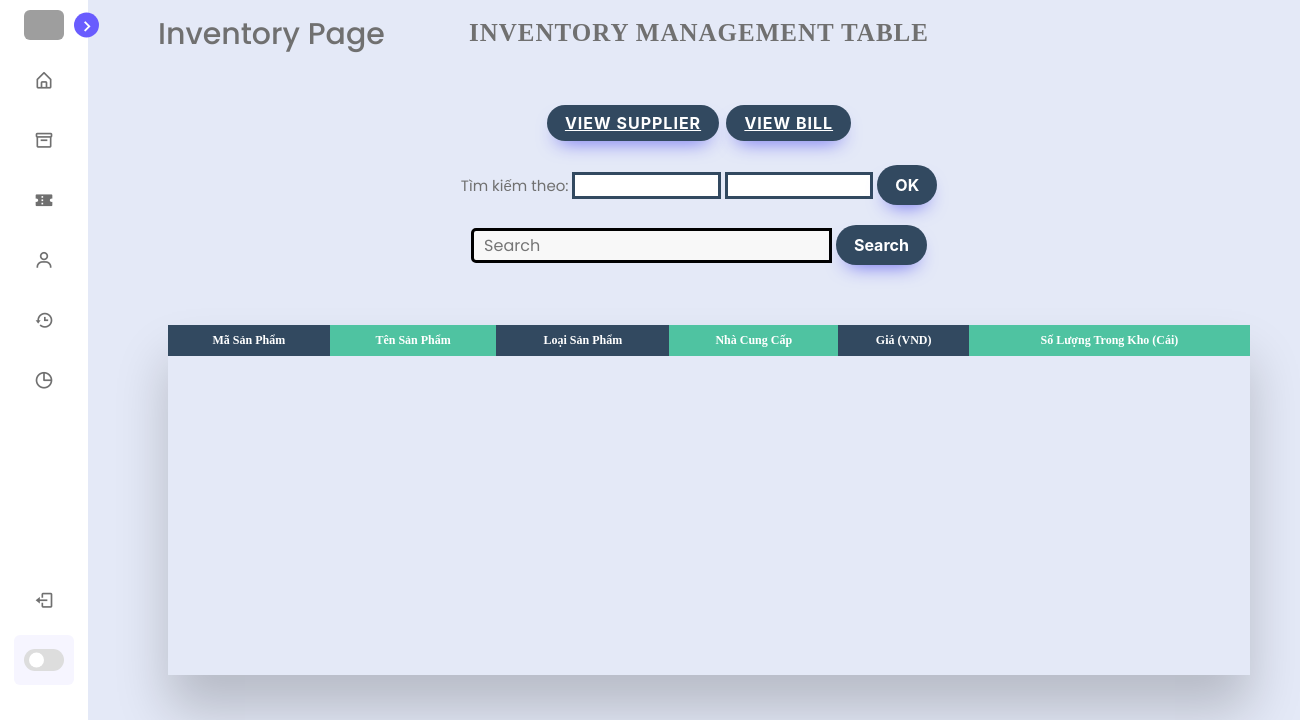
Repository: JeffDaveHudson/CapstoneProject
Page: http://localhost/CapstoneProject/inventory
These files come from the project's save history. The page is drawn as it stood at one moment and after the next save; the edit follows.
The browser window is 1280 px wide. The page is 1300 px wide, so the pictures cover 1300 px, including what lies to the right of the window. The pictures show the whole page.
Pictures or frames that could not be fetched are drawn as grey boxes. The page is served by Tomcat 9.

Above is the page before, as saved 2023-05-24 09:49:09.

After the next save:
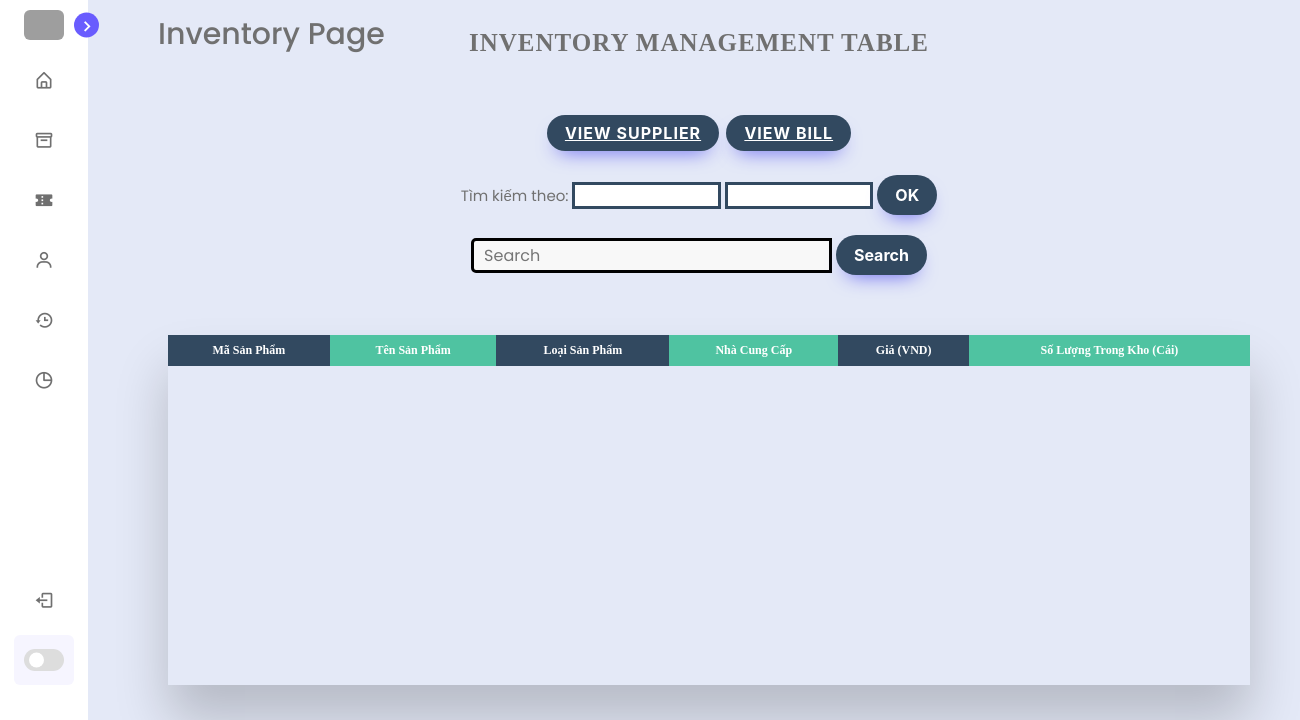
Saved 22 s later.
--- a/CapstoneProject/src/main/webapp/admin/Inventory.jsp
+++ b/CapstoneProject/src/main/webapp/admin/Inventory.jsp
@@ -26,7 +26,7 @@
 
     <section class="home">
         		<div class="text">Inventory Page</div>
-        <h2 class = "banner "  style="margin-top: -80px">Inventory Management Table</h2>
+        <h2 class = "banner "  style="margin-top: -70px">Inventory Management Table</h2>
         <div class = "banner">
 			<a href="<%=request.getContextPath()%>/viewSupplier" class="btn btn-info button-search" role="button">View Supplier</a>
 			<a href="bill" class="btn btn-info button-search" role="button">View Bill</a>
